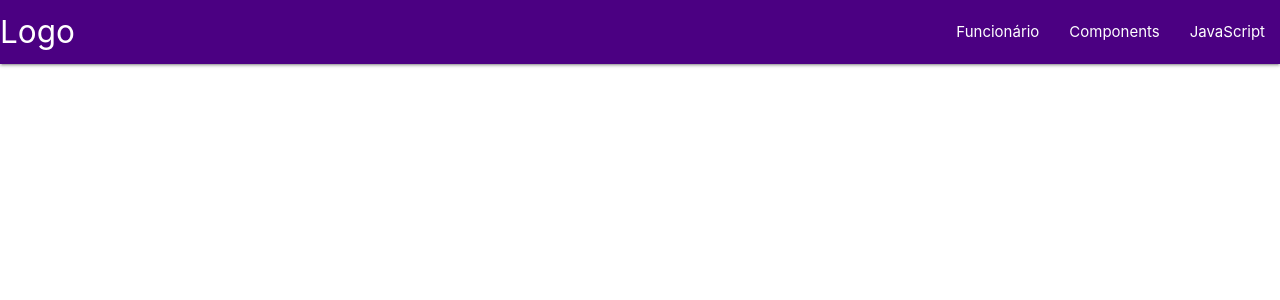
Repository: andrehct/CONCESSIONARIA_BD
Page: http://localhost/Projeto/funcionario/listar.jsp
These files come from the project's save history. The page is drawn as it stood at one moment and after the next save; the edit follows.
The browser window is 1280 px wide. The pictures show the whole page.
The page is served by Tomcat 9.

Above is the page before, as saved 2019-06-28 14:12:32.

After the next save:
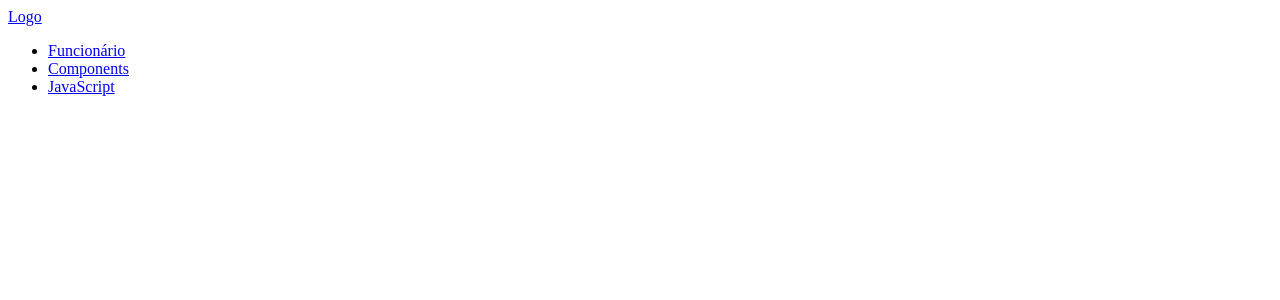
Not found: Projeto/Projeto/funcionario/css/materialize.min.css
Saved 110 s later.
--- a/Projeto/WebContent/menu.jsp
+++ b/Projeto/WebContent/menu.jsp
@@ -1,7 +1,7 @@
 <!--Import Google Icon Font-->
 <link href="https://fonts.googleapis.com/icon?family=Material+Icons" rel="stylesheet">
 <!--Import materialize.css-->
-<link type="text/css" rel="stylesheet" href="template/css/materialize.min.css"  media="screen,projection"/>
+<link type="text/css" rel="stylesheet" href="css/materialize.min.css"  media="screen,projection"/>
 
 <!--Let browser know website is optimized for mobile-->
 <meta name="viewport" content="width=device-width, initial-scale=1.0"/>
@@ -19,4 +19,4 @@
 </header>
 
 <!--JavaScript at end of body for optimized loading-->
-<script type="text/javascript" src="template/js/materialize.min.js"></script>
+<script type="text/javascript" src="js/materialize.min.js"></script>

After the save that followed:
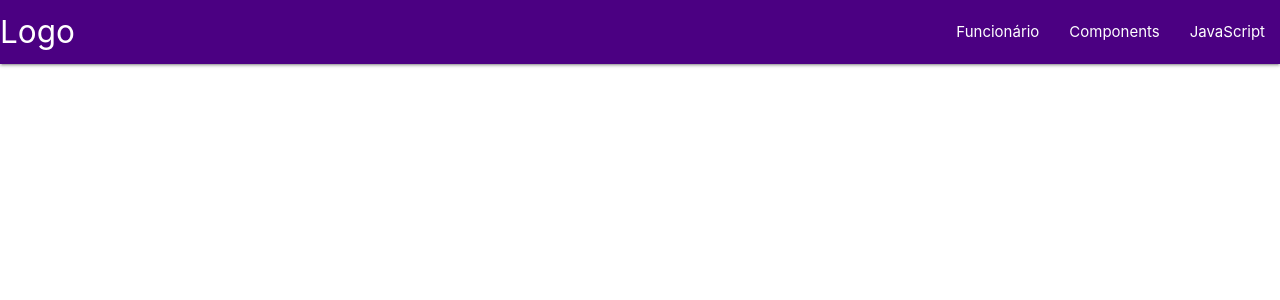
Saved 29 s later.
--- a/Projeto/WebContent/menu.jsp
+++ b/Projeto/WebContent/menu.jsp
@@ -1,7 +1,7 @@
 <!--Import Google Icon Font-->
 <link href="https://fonts.googleapis.com/icon?family=Material+Icons" rel="stylesheet">
 <!--Import materialize.css-->
-<link type="text/css" rel="stylesheet" href="css/materialize.min.css"  media="screen,projection"/>
+<link type="text/css" rel="stylesheet" href="../css/materialize.min.css"  media="screen,projection"/>
 
 <!--Let browser know website is optimized for mobile-->
 <meta name="viewport" content="width=device-width, initial-scale=1.0"/>
@@ -19,4 +19,4 @@
 </header>
 
 <!--JavaScript at end of body for optimized loading-->
-<script type="text/javascript" src="js/materialize.min.js"></script>
+<script type="text/javascript" src="../js/materialize.min.js"></script>
